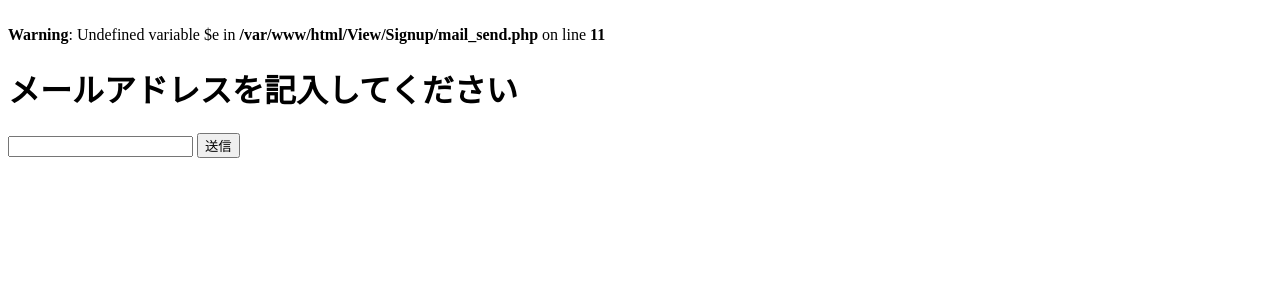
Repository: ryosuke-yamoto/BBS
Page: http://localhost/BBS_yamoto/View/Signup/mail_send.php
An editor plug-in stored every save of this project. The page is shown before and after the next save, followed by the edit.
The browser window is 1280 px wide. The pictures show the whole page.
The page is run by PHP 8.4 with error messages shown; the project is at /var/www/html/.

Above is the page before, as saved 2020-05-19 07:55:25.

### View/Signup/mail_send.php
<?php

session_start();

//クロスサイトリクエストフォージェリ（CSRF）対策
$_SESSION["token"] = base64_encode(openssl_random_pseudo_bytes(16));
$token = $_SESSION["token"];

require_once( "../../Model/sign_up_model.php" );

echo $e;

?>

<!DOCTYPE html>
<html lang="ja">
<head>
  <meta charset="UTF-8">
  <meta name="viewport" content="width=device-width, initial-scale=1.0">
  <meta http-equiv="X-UA-Compatible" content="ie=edge">
  <title>メール送信</title>
</head>
<body>
  <div>
    <h1>メールアドレスを記入してください</h1>
    <form action="../../Controller/mail_send.php" method="POST">
      <input type="text" name="mail">
      <input type="hidden" name="token" value="<?=$token?>">
      <button type="submit" >送信</button>
    </form>
  </div>
</body>
</html>

### Model/sign_up_model.php
<?php

  function register_user_temporery($mail,$token,$pdo) {
    global $e;
	  //メール入力判定
	  if ($mail == ""){
		$e["mail"] = "メールが入力されていません。";
	  }else if(!preg_match("/^([a-zA-Z0-9])+([a-zA-Z0-9\._-])*@([a-zA-Z0-9_-])+([a-zA-Z0-9\._-]+)+$/", $mail)){
		$e["mail_check"] = "メールアドレスの形式が正しくありません。";
	  }else {
      //本登録に同じメールアドレスがあったら登録できない（削除されていなかったら）
      try {
        $sql = "SELECT mail, iv, deleted FROM php_task.user";
        $stmt = $pdo -> prepare($sql);
        // $stmt->bindValue(":email", $mail, PDO::PARAM_STR);
        $stmt->execute();
        // $count = 0;//登録するアドレスが登録してあるか数える
        foreach ($stmt as $row) {
          //復号
          $encrypted = openssl_decrypt($row["mail"], 'aes-256-cbc', "password1234", 0, hex2bin($row['iv']));
          if($encrypted == $mail && empty($row["deleted"])) {
            $e["check_temporary"] = "このメールアドレスはすでに登録されてあります。";
            header("Location: ../View/Signup/mail_send.php");
            exit;
          };
        };
      } catch (PDOException $e) {
        //エラー発生時
        echo $e->getMessage();
        exit;
      };

	  try {
      // require_once( "dbconnect.php" );
      // dbconnection();
      //   var_dump($pdo);
      //   exit;

      // $mailを暗号化
      $str = $mail;
      $password = "password1234";
      $method = "aes-256-cbc";
      $ivLength = openssl_cipher_iv_length($method);
      $iv = openssl_random_pseudo_bytes($ivLength);
      $options = 0;
      $encrypted = openssl_encrypt($str, $method, $password, $options, $iv);
      //バイナリ文字列ではmysqlに保存できないので１６進表現に変換する


      $sql = "INSERT INTO php_task.user_temporary(email, urltoken, iv, created) VALUES(:email, :urltoken, :iv, now())";

      $stmt = $pdo -> prepare($sql);
      $stmt->bindValue(":email", $encrypted, PDO::PARAM_STR);
      $stmt->bindValue(":urltoken", $token, PDO::PARAM_STR);
      //バイナリ文字列ではmysqlに保存できないので１６進表現に変換する
      //ivをDBに入れるのは復号する時に使うため
      $stmt->bindValue(":iv", bin2hex($iv), PDO::PARAM_STR);
      $stmt->execute();
    } catch (PDOException $e) {
      //エラー発生時
      echo $e->getMessage();
      exit;
    };
    };

    //メール送信
    mb_language("Japanese");
    mb_internal_encoding("UTF-8");

    $url = "http://localhost:8888/BBS_yamoto/Controller/signup_temporery.php?token=" . $token;

    $email = "xxxxxx@example.com";//送信元
    $subject = "テスト"; // 題名
    $body = "24時間以内に下記のURLからご登録下さい。\n" . $url; // 本文
    $to = $mail; // 宛先
    $header = "From: $email\nReply-To: $email\n";

    mb_send_mail($to, $subject, $body, $header);
  };

  function mail_check($token, $pdo) {
    global $e;
    try {
      $sql = "SELECT * FROM php_task.user_temporary WHERE urltoken = :token and DATE_ADD(created, INTERVAL 1 DAY) > NOW();";
      $stmt = $pdo->prepare($sql);
      $stmt->bindValue(':token', $token, PDO::PARAM_INT);
      $stmt->execute();
      $data = $stmt->fetchAll(PDO::FETCH_ASSOC);
      var_dump($data);
    } catch (PDOException $e) {
      //エラー発生時
      echo $e->getMessage();
      exit;
    };
  };

  function user_input_validate() {
    global $e;
  };

  function sign_up_user($mail, $password, $name, $pdo) {
    global $e;
    try {

      //user_idにはランダムな16文字を返す
      $user_id = bin2hex(random_bytes(16));

      //パスワードハッシュ化
      $password = password_hash($password, PASSWORD_BCRYPT);

      // $mailを暗号化
      $str = $mail;
      $mail_password = "password1234";
      $method = 'aes-256-cbc';
      $ivLength = openssl_cipher_iv_length($method);
      $iv = openssl_random_pseudo_bytes($ivLength);
      $options = 0;
      $encrypted = openssl_encrypt($str, $method, $mail_password, $options, $iv);

      $sql = "INSERT INTO php_task.user(user_id, mail, iv, password, name, created) VALUES(:user_id, :mail, :iv, :password, :name, now())";

      $stmt = $pdo -> prepare($sql);
      $stmt->bindValue(":user_id", $user_id, PDO::PARAM_STR);
      $stmt->bindValue(":mail", $encrypted, PDO::PARAM_STR);
      $stmt->bindValue(":iv", bin2hex($iv), PDO::PARAM_STR);
      $stmt->bindValue(":password", $password, PDO::PARAM_STR);
      $stmt->bindValue(":name", $name, PDO::PARAM_STR);
      $stmt->execute();
    } catch (PDOException $e) {
      //エラー発生時
      echo $e->getMessage();
      exit;
    };

  }

?>

After the next save:
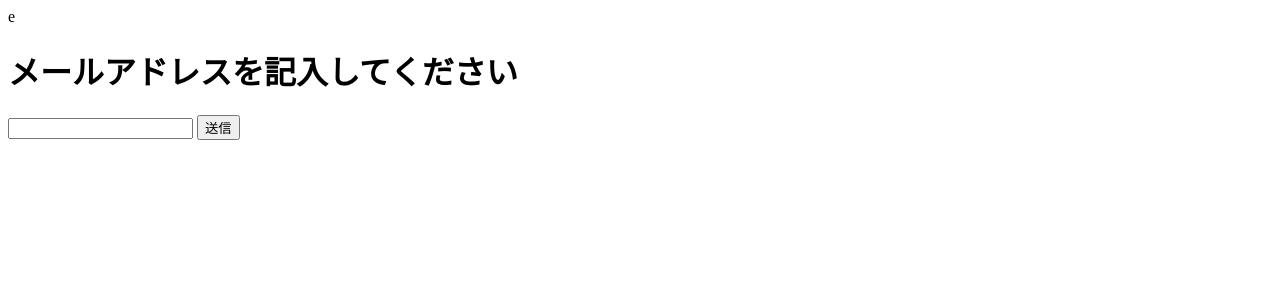
Saved 13 s later.
--- a/View/Signup/mail_send.php
+++ b/View/Signup/mail_send.php
@@ -8,7 +8,7 @@ $token = $_SESSION["token"];
 
 require_once( "../../Model/sign_up_model.php" );
 
-echo $e;
+echo "e";
 
 ?>
 
